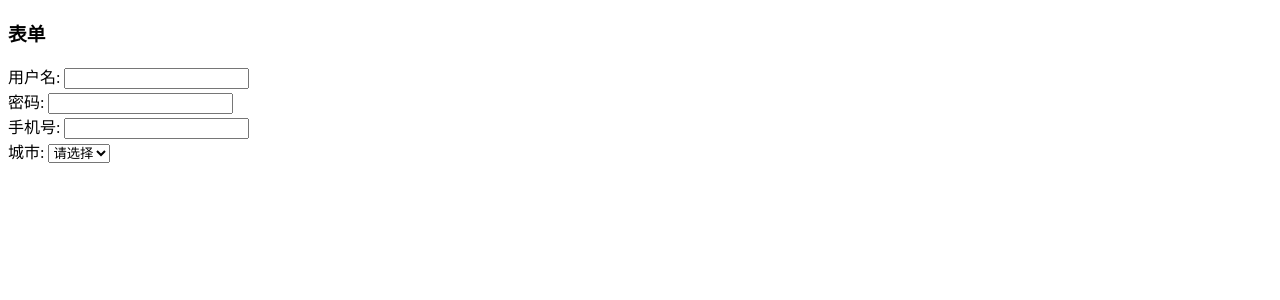
Repository: qyl1006/JavaApps
Page: workspace/web-01-html/WebContent/task02/input.html
An editor plug-in stored every save of this project. The page is shown before and after the next save, followed by the edit.
The browser window is 1280 px wide. The pictures show the whole page.

Above is the page before, as saved 2018-02-28 12:04:02.

After the next save:
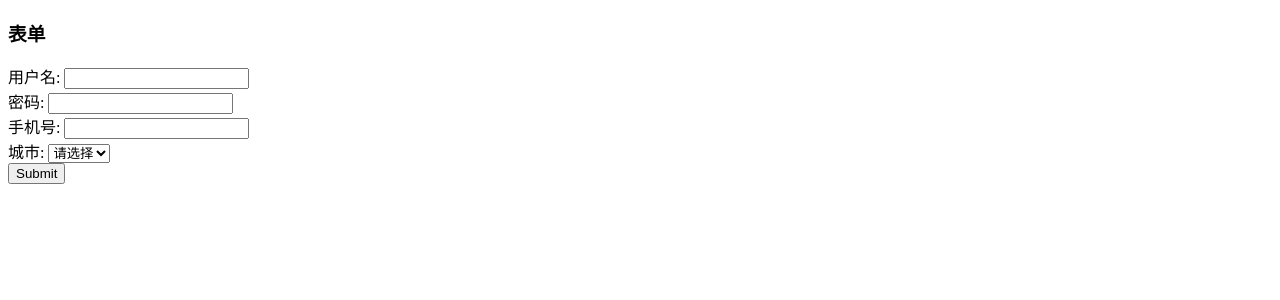
Saved 34 s later.
--- a/workspace/web-01-html/WebContent/task02/input.html
+++ b/workspace/web-01-html/WebContent/task02/input.html
@@ -17,7 +17,7 @@
 				<option value="-1">广州市</option>
 				<option value="-1">深圳市</option>
 			</select><br>
-
+		<input type="submit" values="注册"/>
 	</form>
 
 </body>
